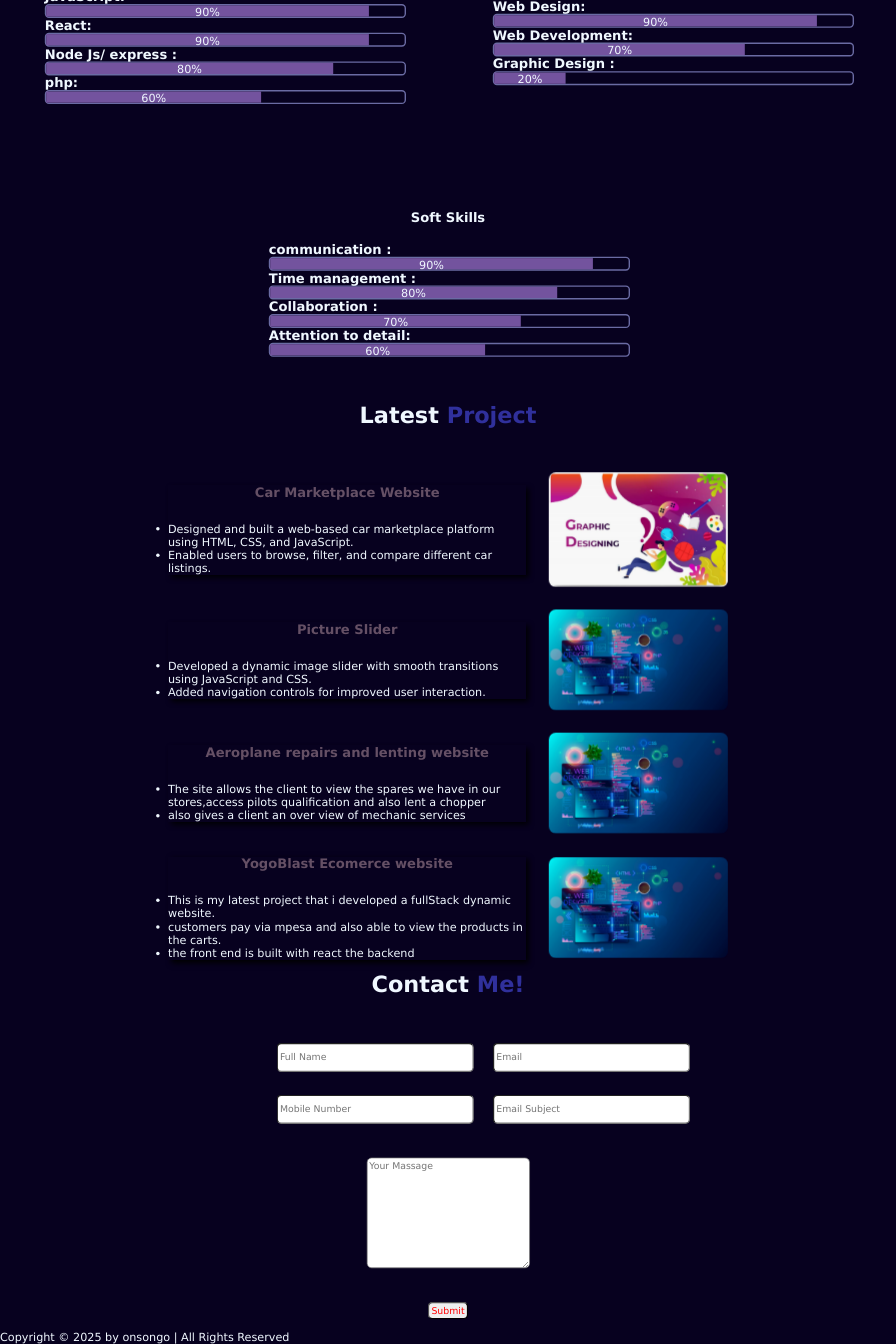
Repository: shrewd-baddest/portfolio
Page: myportfolio-main/index.html
The author's editor kept a copy of each file at every save. The page is drawn from the files as they stood at one save, then again after the next save.
The browser window is 1280 px wide. The pictures show the part of the page from y = 1654 to 3574 px (the page is 3574 px tall before and 3570 px after), at 70% of full size.
Some web libraries are served in a nearby version.

Above is the page before, as saved 2025-06-24 08:01:58.

### myportfolio-main/index.html
<!DOCTYPE html>
<html lang="en">

<head>
    <meta charset="UTF-8">
    <meta http-equiv="X-UA-Compatible" content="IE=edge">
    <meta name="viewport" content="width=device-width, initial-scale=1.0">


    <title>PAUL ONSONGO - Software Engineer Portfolio</title>
  <link rel="stylesheet" href="/sting.css">

    <link rel="icon" href="img/Picsart_24-01-07_04-34-43-464.jpg">

</head>

<body>
    <!-- header design -->
    <header class="header">
        <a href="#" class="logo " >PAUL</a>
        <div id="menu_icon" class='menu_icon'>
            <img src="\myportfolio-main\img\menu.webp" alt="">
        </div>
        <nav class="navbar" id='navbar'>
            <a href="# " class="active">Home</a>
            <a href="#about">About</a>
            <a href="#skills">Skills</a>
            <a href="#portfolio">My Project</a>
            <a href="#contact">Contact</a>

         </nav>
    </header>

    <!-- home design -->
    <section class="home " id="home">
        <div class="home-content">
             <h1 class="names">Hallo, I'm <span>onsongo</span></h1>
            <div class="text-animate">
                <h3>And I'm a</h3>
                <h3><samp class="multiple-text"></samp></h3>
            </div>
            <p class="multiple-text">
                Aspiring software engineer, passionate about coding and problem-solving. Committed to learning,
                adapting, and contributing to innovative tech solutions.
            </p>
        </div>
            <div class="btn-box">
                <a href="#"  >requesting for a job opportunity</a>
            </div>

        <div class="home_sci">

            <a href="https://wa.me/0798233766" class='box-whatsapp' id="social"> <img src="\myportfolio-main\img\wozapu.png" alt=""></a>
            <a href="https://github.com/shrewd-baddest" class=' box-github' id="social"> <img src="\myportfolio-main\img\git1.png" alt=""></a>
             <a href="https://www.linkedin.com/in/paul onsongo" class=' box-linkedin' id="social"><img src="\myportfolio-main\img\linkedin.png" alt=""></a>

        </div>
    </section>

    <!-- about  -->
    <section class="about" id="about">
        <h2 class="heading">About <span>Me</span></h2>
  <div>

      <img src="\myportfolio-main\img\shrewd.jpg" alt="" id="shrewd">
  </div>

        <div class="about-content">
            <h3 class="cont-head">Frontend Developer !</h3>
            <p class="cont-par">Passionate third-year software engineering student dedicated to mastering the art of coding. Eager to
                explore diverse facets of technology, from algorithm design to web development. Enthusiastic about
                problem-solving and collaborating on innovative projects. Proficient in languages like JavaScript and it's frameworks like React,node js, express js ,   HTML /
                CSS and php. Constantly seeking opportunities to expand my skills and contribute to the ever-evolving tech
                landscape. Adept at adapting to new challenges, I aim to blend creativity with precision in crafting
                efficient software solutions. Outside the digital realm, I enjoy staying updated on industry trends and
                fostering a collaborative learning environment. Let's build the future together!</p>
        </div>

            <a href="#" class="btn">Read More</a>

    </section>

    <!-- Skills -->
    <section class="skills" id="skills">
        <h2 class="heading">My <span>Skills</span></h2>

                <h3 class="title">Coding Skills</h3>
                 <div class="grp">


                    <div class="skills-column">
                        <div class="progress">
                            <h3> HTML :</h3>
                            <div class="bar "><div class="ht ">90%</div></div>
                        </div>
                        <div class="progress">
                            <h3><i class='box-css3'></i>CSS :</h3>
                            <div class="bar"><div class="css">80%</div></div>
                        </div>
                        <div class="progress">
                            <h3><i class='bx box-javascript'></i>JavaScript:</h3>
                            <div class="bar"><div class="js">90%</div></div>
                        </div>
                      <div class="progress">
                            <h3><i class='bx box-javascript'></i>React:</h3>
                            <div class="bar"><div class="js">90%</div></div>
                        </div>
                        <div class="progress">
                            <h3><i class='box-css3'></i>Node Js/ express :</h3>
                            <div class="bar"><div class="css">80%</div></div>
                        </div>

                        <div class="progress">
                              <h3><i class='bx box-php'></i>php:</h3>
                            <div class="bar"><div class="php">60%</div></div>

                </div>
            </div>
            <div class="skills-column">
                <h3 class="title">Professional Skills</h3>

                        <div class="progress">
                            <h3>Web Design:</h3>
                            <div class="bar"><div class="WG">90%</div></div>
                        </div>
                        <div class="progress">
                            <h3>Web Development:</h3>
                            <div class="bar"><div class="WD">70%</div></div>
                        </div>
                        <div class="progress">
                            <h3>Graphic Design :</h3>
                            <div class="bar"><div class="GD">20%</div></div>
                        </div>

                    </div>

            <div class="skills-column">
                <h3 class="title">Soft Skills</h3>
                <div class="skills-box">
                    <div class="skills-content">
                        <div class="progress">
                            <h3>communication :</h3>
                            <div class="bar"><div class="CO">90%</div></div>
                        </div>
                        <div class="progress">
                            <h3>Time management :</h3>
                            <div class="bar"><div class="TM">80%</div></div>
                        </div>
                        <div class="progress">
                            <h3>Collaboration :</h3>
                            <div class="bar"><div class="CB">70%</div></div>
                        </div>
                        <div class="progress">
                            <h3>Attention to detail:</h3>
                            <div class="bar"><div class="AT">60%</div></div>
                        </div>
                    </div>
                </div>
            </div>
        </div>

        </div>

    </section>

    <!-- portfolio -->
    <section class="portfolio" id="portfolio">
        <h2 class="heading">Latest <span>Project</span></h2>
        <div class="portfolio-container">
            <div class="portfolio-box">
                <div class="portfolio-layer">
                 <a href=""> <h3>Car Marketplace Website</h3> </a>
                  <ul>
                    <li>Designed and built a web-based car marketplace platform using HTML, CSS, and JavaScript.</li>
                    <li>Enabled users to browse, filter, and compare different car listings.</li>
                  </ul>



                 </div>
                <img src="img/grp.jpg" class="imag">
            </div>
            <div class="portfolio-box">
                <div class="portfolio-layer">
                   <a href=""> <h3>Picture Slider</h3></a>
                    <ul>
                        <li>Developed a dynamic image slider with smooth transitions using JavaScript and CSS.</li>
                        <li>Added navigation controls for improved user interaction.</li>
                    </ul>


                    <a href="#"><i class='bx bx-link-external'></i></a>
                </div>
                <img src="img/dhls5o34.png" class="imag">
           </div>

            <div class="portfolio-box">
                <div class="portfolio-layer">
                <a href=""><h3>Aeroplane repairs and lenting website </h3></a>
             <ul>
      <li>The site allows the client to view the spares we have in our stores,access pilots qualification and also lent a chopper</li>
      <li> also gives a client an over view of mechanic services</li>
             </ul>
                <a href="#"><i class='bx bx-link-external'></i></a>
            </div>
                <img src="img/dhls5o34.png" class="imag">

            </div>
                     <div class="portfolio-box">
                <div class="portfolio-layer">
                   <a href=""> <h3>YogoBlast Ecomerce website</h3></a>
                    <ul>
                        <li>This is my latest project that i developed a fullStack dynamic website.</li>
                        <li>customers pay via mpesa and also able to view the products in the carts.</li>
                      <li>the front end is built with react the backend </li>

                    </ul>


                    <a href="#"><i class='bx bx-link-external'></i></a>
                </div>
                <img src="img/dhls5o34.png" class="imag">
           </div>
        </div>
    </section>

    <!-- Contact -->
    <section class="contact" id="contact">
        <h2 class="heading">Contact <span>Me!</span></h2>
        <form action="#">
            <div class="input-box">
                <div class="input-field">
                    <input id="name" type="text" placeholder="Full Name" required>
                </div>
                <div class="input-field">
                    <input id="email" type="email" placeholder="Email" required>
                </div>
            </div>
            <div class="input-box">
                <div class="input-field">
                    <input id="mobile" type="number" placeholder="Mobile Number" required>
                </div>
                <div class="input-field">
                    <input id="emails" type="text" placeholder="Email Subject" required>
                </div>
            </div>
            <div class="textarea-field">
                <textarea id="massage" cols="30" rows="10" placeholder="Your Massage" required></textarea>

                <input type="submit" id="sub">
            </div>

        </form>
    </section>
    <!-- /Contact -->

    <footer class="footer">
        <div class="footer-text">
            <p>Copyright &copy; 2025 by onsongo | All Rights Reserved</p>
        </div>
        <div class="footer-iconTop">
            <a href="#"><i class='bx bx-upvote'></i></a>
        </div>
    </footer>
    <script src="https://cdnjs.cloudflare.com/ajax/libs/gsap/3.12.2/gsap.min.js"></script>
    <script src="https://cdnjs.cloudflare.com/ajax/libs/gsap/3.12.2/ScrollTrigger.min.js"></script>

    <script src="./script.js"></script>
    <script>
        const tl=gsap.timeline()
 tl.from('.names',
 {
       x:-100,
opacity:0,
duration:2,
}).from('.text-animate',{
x:-100,
opacity:0,
duration:2,
}).from('.multiple-text',{
    fontSize:'0.2',
    duration:3,
    ease:Power2.inOut,
}).from('#social',{
    y:-100,
opacity:0,
ease:'bounce',
    stagger:{
       amount:1.5,
        grid:'auto',
        axis:'y',
        from:'end',
    }
})
gsap.timeline({scrollTrigger: {
    trigger: '#shrewd',
    start: 'top 90%',
    end: 'bottom 70%',

  }}).from('#shrewd',{
    y:200,
    duration:1,
    opacity:0,


 }).from('.cont-head',{
    fontSize:'0.2',
    duration:1,
    ease:Power2.in,

}).from('.cont-par',{
    fontSize:'0.2',
    duration:3,
    ease:Power2.inOut,

})


gsap.timeline({
  scrollTrigger: {
    trigger: '.portfolio',
    start: 'top 90%',
    end: 'bottom 70%',
    toggleActions: 'play none none none'
  }
})
.from(".portfolio-layer", {
  x: -200,
  opacity: 0,
      duration:1,
  stagger: {
    amount:1.5,
    each: 1,
  }
}).from(".imag",{
     delay:0.4,
    opacity:0,
    duration:0.5,
    y:-40,
    ease:"bounce",

})


    </script>
</body>

</html>

### sting.css
*{
    margin: 0%;
    font-family: Verdana, Geneva, Tahoma, sans-serif;
    color: aliceblue;
    margin: 0;
    padding: 0;
     text-decoration: none;
    scroll-behavior: smooth;
 }
body{
    background-color: #07011f;
     position: relative;
     overflow-x: hidden;
}
.header{
    display:flex;
    flex-direction: row;
    flex-wrap: nowrap;
    position: sticky;
    top: 0%;
    background-color: black;
    z-index: 1000;
}
.logo{
    margin: 2rem;
    color: rgb(194, 154, 233);
    font-size: 1.5rem;
    font-weight: bolder;
    text-decoration: none;
}
.navbar{
    display: grid;
    grid-template-columns:   auto auto auto auto auto;
    position: absolute;
right: 9%;
margin-top : 2rem;
z-index: 999;

/* flex-wrap: nowrap; */

}
.navbar a{
    text-decoration: none;
    /* margin-left:2%; */
    margin-left:1.3rem;
}
.navbar a:active,a:hover {
    color: rgb(24, 74, 117);
}
 #menu_icon img{
  width:5%;
  /* height: 5%; */
  margin-top : 1.5rem;
  position: absolute;
  right: 10px;

}
.menu_icon{
  display: none;
}

.disappear{
  display: none;
}

.cool{

  display: flex;
  justify-content: center;
  align-items: center;
  flex-direction: column;

  background-color: rgb(31, 29, 33);
  list-style-type: none;
  color: rgb(35, 21, 65);
  /* max-height: 60%; */


}

.home_sci{
 display: flex;
 flex-direction: row;
 flex-wrap: nowrap;
 margin: 5rem;
}

.home_sci a img{
  width: 50%;
}

.home-content{
   margin-left: 3rem;
   max-width: 45%;
}
.home-content h1{
font-size: 2rem;
margin-top: 5rem;
margin-bottom: 4rem;
}
.text-animate h3{
    font-size: 1.4rem;
    color: rgb(178, 178, 215);
}
.home>.btn-box {
    border: 0px solid;
    margin: 3rem;
    background-color: rgb(112, 112, 162);
    padding:4px;

    border-radius: 7px;
    max-width: fit-content;
}
.btn-box a{
    text-decoration: none;

}

.about{
  background-color: rgb(29, 28, 54);
  margin-bottom: 3rem;
  padding-bottom: 3rem;

}
.about>.heading{
  font-size: 2rem;
  text-align: center;
}
.about>.heading >span{
  color: blueviolet;
}
.btn{
  border: 0px solid;
  margin: 3rem;
  background-color: rgb(112, 112, 162);
  padding:4px;

  border-radius: 7px;
  max-width: fit-content;
}
 #shrewd{
 margin-left: 30%;
  width: 35%;
  height: fit-content;
  border-radius: 50%;
 }

.about-content {
  text-align: center;
}
.about-content h3 {
  display: inline-block;
  font-size: 2.6rem;
}
.about-content p {
  font-size: 1rem;
  margin:  3rem;
}
.btn-box{
  color: white;
  margin: auto;

   transition-duration: 1s;
}
.btn-box:hover{
  background-color: rgb(29, 28, 54);
  border: 1px solid white;
}
.grp{
  display: flex;
  justify-content: center;
   align-items: center;
  flex-direction: row;
  flex-wrap: wrap;
}
 .bar{
  /* position: relative; */
  /* box-sizing: border-box; */
  height: 1rem;
  border: 2px rgb(106, 107, 163) solid;
  border-radius: 6px;
  width: 100%;

 }
 .skills-column{
  border: 0px blue solid;
  margin: 4rem;
  width:40%;
 }
.ht {
  /* position: absolute; */
  height: 1rem;
  width: 90%;
  text-align: center;
  background-color: rgb(115, 83, 158);
 }
.skills>.heading{
  text-align: center;
  font-size: 2rem;
  margin-bottom: 3rem;
}
.skills>.heading span{
  color: rgb(48, 48, 156);
}
.skills div>.title{
  margin: 1.5rem;
  text-align: center;
}
.css {
  /* position: absolute; */
  height: 1rem;
  width: 80%;
  text-align: center;
  background-color: rgb(115, 83, 158);
 }
 .js{
  /* position: absolute; */
  height: 1rem;
  width: 90%;
  background-color: rgb(115, 83, 158);
  text-align: center;
 }
 .py{
  /* position: absolute; */
  height: 1rem;
  width: 20%;
  background-color: rgb(115, 83, 158);
  text-align: center;
 }
 .WG{
    height: 1rem;
  width: 90%;
  background-color: rgb(115, 83, 158);
  text-align: center;
 }
 .WD{
    height: 1rem;
  width: 70%;
  background-color: rgb(115, 83, 158);
  text-align: center;
 }
 .GD{
    height: 1rem;
  width: 20%;
  background-color: rgb(115, 83, 158);
  text-align: center;
 }
.php{
    height: 1rem;
  width: 60%;
  background-color: rgb(115, 83, 158);
  text-align: center;
}
 .CO{
  height: 1rem;
width: 90%;
background-color: rgb(115, 83, 158);
text-align: center;
}
.TM{
  height: 1rem;
width: 80%;
background-color: rgb(115, 83, 158);
text-align: center;
}
.CB{
  height: 1rem;
width: 70%;
background-color: rgb(115, 83, 158);
text-align: center;
}
.AT{
  height: 1rem;
width: 60%;
background-color: rgb(115, 83, 158);
text-align: center;
}
.portfolio-box{
  display: flex;
  justify-content: center;
  align-items: center;

}
.portfolio-layer{
 max-width: 40%;
  box-shadow: 4px 4px 8px black;
  margin: 1rem;
}
.portfolio-layer h3{
    text-align: center;
    margin-bottom: 2rem;
    color: rgb(101, 80, 101);
  }
  .portfolio-layer a{
    text-decoration: none;
  }

.portfolio-box img{
   width: 20%;
   height: 20%;
  margin: 1rem;
  border-radius: 10px;
}
.portfolio>.heading{
  text-align: center;
  font-size: 2rem;
  margin-bottom: 3rem;
}
.portfolio>.heading span{
  color: rgb(48, 48, 156);
}
/* form{
  display: flex;
  justify-content: center;
  align-items: center;
  flex-direction: row;
  flex-wrap: wrap;
} */
.input-box{
  display: flex;
  justify-content: center;
  align-items: center;

  flex-wrap: wrap;
}

.input-field{
  margin: 4rem;
  margin-bottom: 1rem;
  margin-top: 1rem;

}
.input-field>input{
  width: 150%;
  height: 2rem;
  padding: 3px;
  border-radius: 7px;
  color:black;

}

.contact>.heading{
  text-align: center;
  font-size: 2rem;
  margin-bottom: 3rem;
}
.contact>.heading span{
  color: rgb(48, 48, 156);
}
.textarea-field{
 /* position: absolute; */
display: flex;
justify-content: center;
align-items: center;
flex-direction: column;
  color:black;

  /* background-color: rgb(54, 29, 111); */
}
input[type='submit']{
  color: red;
  padding: 3px;

}
#massage{
  padding: 3px;
  margin:2rem ;
  border-radius: 7px;
}
#sub{
  margin: 1rem;
  border-radius: 7px;

}
#sub:hover{
  cursor: pointer;

}

### myportfolio-main/script.js


const menuicon = document.getElementById("menu_icon");
const navbar = document.getElementById("navbar");
  let parentelem=navbar.closest('.header')


   let isElementCreated = false;
     window.addEventListener("resize",()=>{

         const screenWidth = window.screen.width; // Total screen width
         const currentWidth = window.innerWidth;
 if(currentWidth<=screenWidth * 0.4 && !isElementCreated) {
         menuicon.classList.remove("menu_icon");
         navbar.style.display= "none";
        menuicon.addEventListener('click',()=>{

 if( navbar.style.display==="none"){
    navbar.style.display= "grid";
    parentelem.classList.remove('header')
    navbar.classList.replace('navbar','cool');

 }
 else{
        navbar.style.display= "none";
 }

})
 isElementCreated =true;
 }
         else if(currentWidth > screenWidth * 0.4 && isElementCreated){
             // results.textContent="screenWidth";
                    //  const element=document.getElementById("dope");

                    navbar.style.display= "grid";
                    menuicon.classList.add("menu_icon");


if(navbar .classList.contains("cool")){
       parentelem.classList.add('header')
 navbar.classList.replace("cool","navbar");
}




isElementCreated = false;

         }})

After the next save:
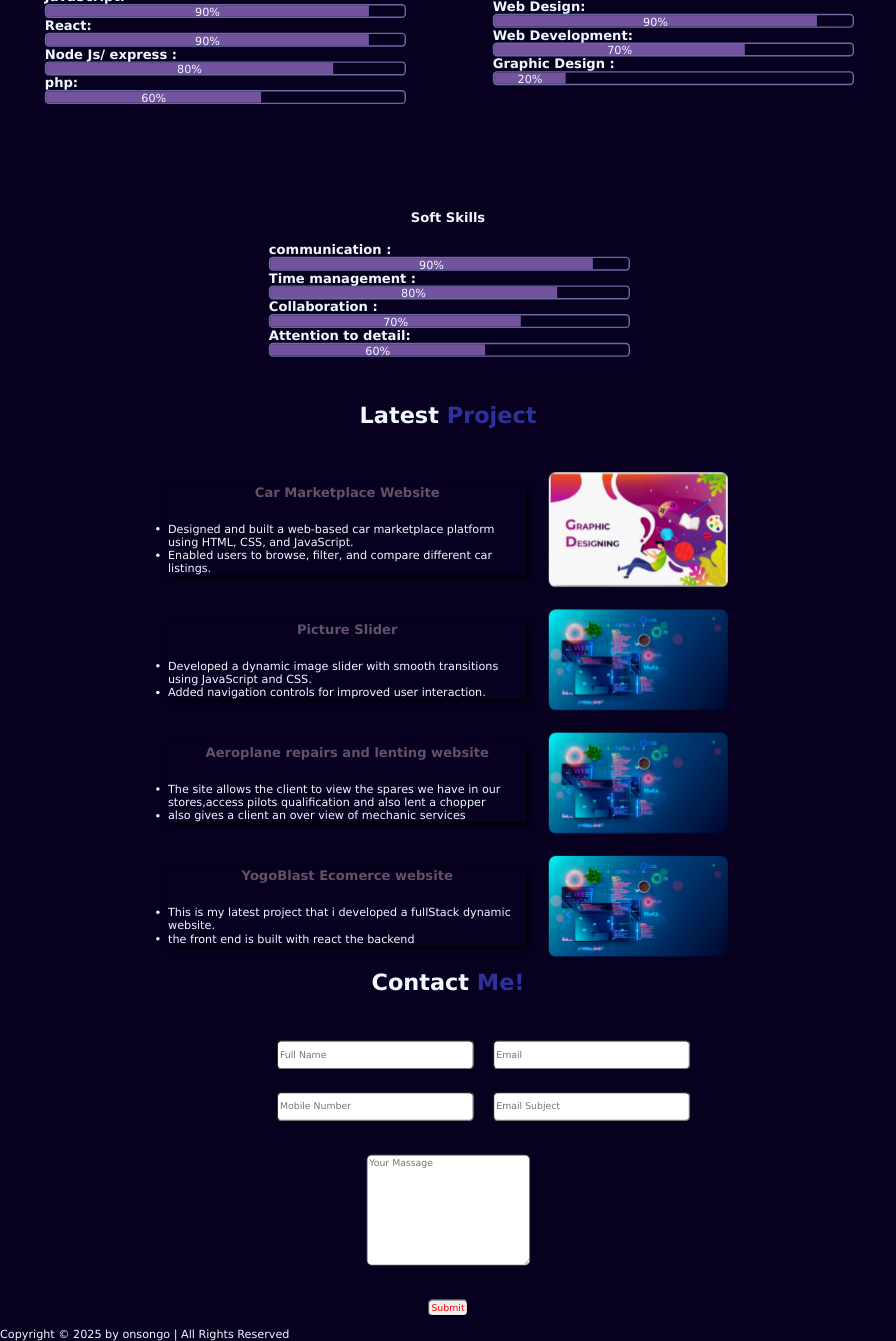
Saved 18 s later.
--- a/myportfolio-main/index.html
+++ b/myportfolio-main/index.html
@@ -211,8 +211,7 @@
                    <a href=""> <h3>YogoBlast Ecomerce website</h3></a>
                     <ul>
                         <li>This is my latest project that i developed a fullStack dynamic website.</li>
-                        <li>customers pay via mpesa and also able to view the products in the carts.</li>
-                      <li>the front end is built with react the backend </li>
+                       <li>the front end is built with react the backend </li>
 
                     </ul>
 
